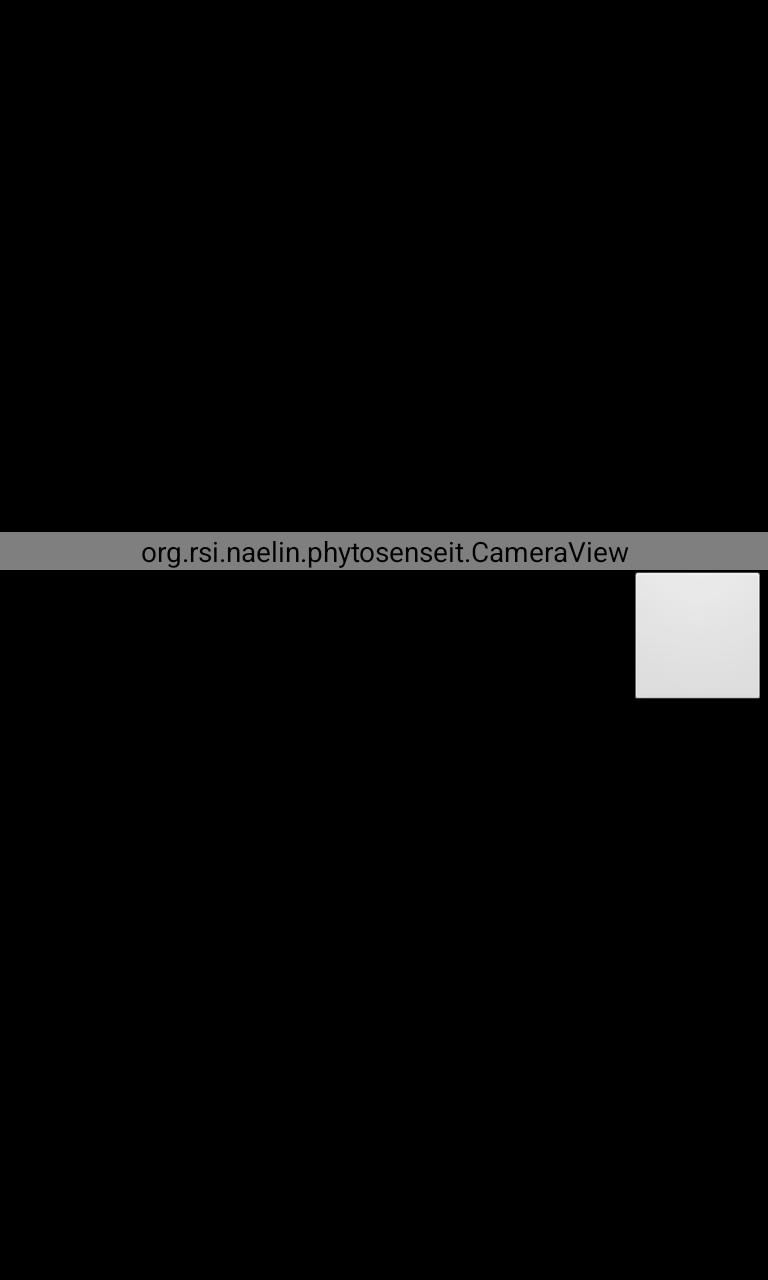
Repository: justnaelin/PhytoSenseIt-app
Layout: PhytoSenseIt/res/layout/activity_main.xml
The author's editor kept a copy of each file at every save. The layout is drawn from the files as they stood at one save, then again after the next save.
Pictures or frames that could not be fetched are drawn as grey boxes. It is drawn on a 768 x 1280 px phone screen (xhdpi) without system bars, with theme android:Theme.NoTitleBar.Fullscreen; the app's code is not run.

Above is the layout before, as saved 2015-07-29 18:18:12.

### PhytoSenseIt/res/layout/activity_main.xml
<?xml version="1.0" encoding="UTF-8"?>
<RelativeLayout xmlns:android="http://schemas.android.com/apk/res/android"
    xmlns:tools="http://schemas.android.com/tools"
    android:layout_width="match_parent"
    android:layout_height="match_parent"
     >
	<!--
    <org.rsi.naelin.phytosenseit.CameraView
        android:id="@+id/java_surface_view"
        android:layout_width="match_parent"
        android:layout_height="match_parent" /> -->

    <ImageView
        android:id="@+id/image_view"
        android:layout_width="match_parent"
        android:layout_height="match_parent" />

    <org.rsi.naelin.phytosenseit.CameraView
        android:id="@+id/cameraView1"
        android:layout_width="500dp"
        android:layout_height="wrap_content"
        android:layout_centerHorizontal="true"
        android:layout_centerVertical="true"
        android:layout_above="@+id/take_photo_button"/>

    <Button
        android:id="@+id/take_photo_button"
        android:layout_width="70dp"
        android:layout_height="70dp"
        android:layout_alignParentRight="true"
        android:layout_centerVertical="true" />

</RelativeLayout>

After the next save:
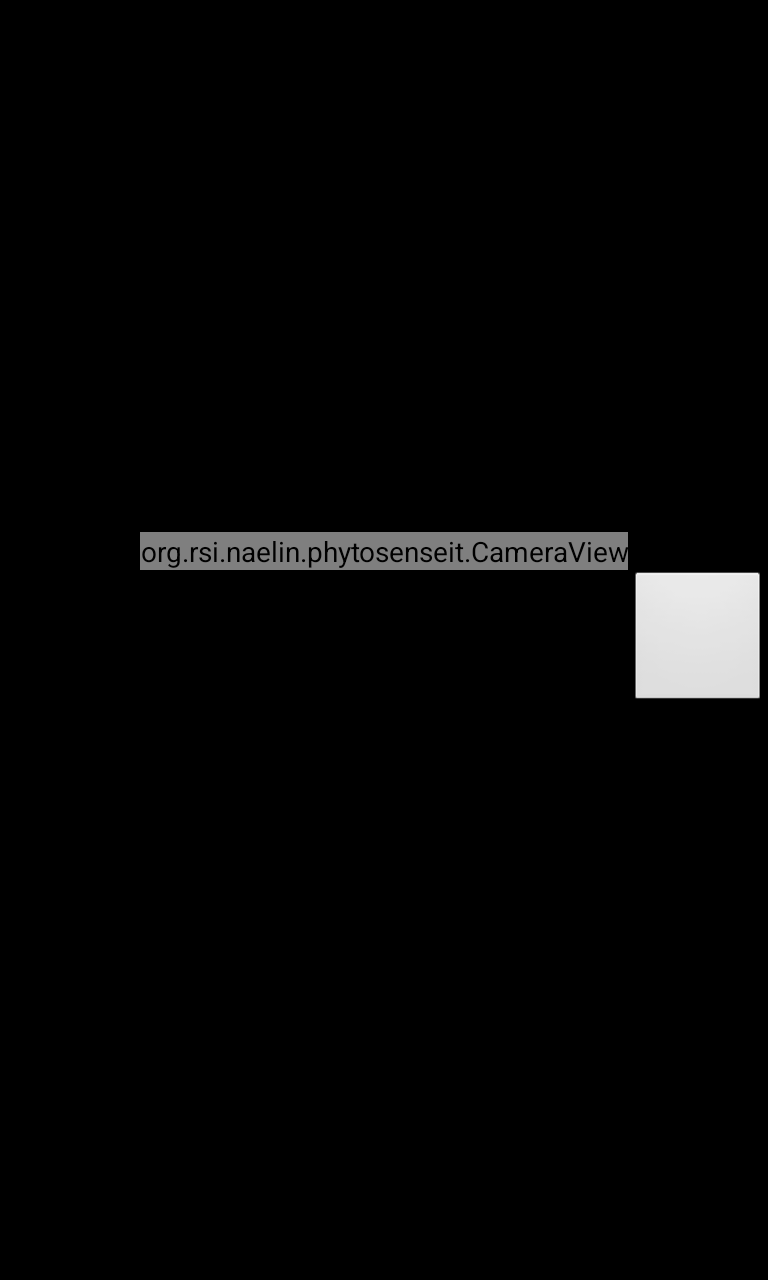
Saved 42 s later.
--- a/PhytoSenseIt/res/layout/activity_main.xml
+++ b/PhytoSenseIt/res/layout/activity_main.xml
@@ -17,7 +17,7 @@
 
     <org.rsi.naelin.phytosenseit.CameraView
         android:id="@+id/cameraView1"
-        android:layout_width="500dp"
+        android:layout_width="wrap_content"
         android:layout_height="wrap_content"
         android:layout_centerHorizontal="true"
         android:layout_centerVertical="true"
